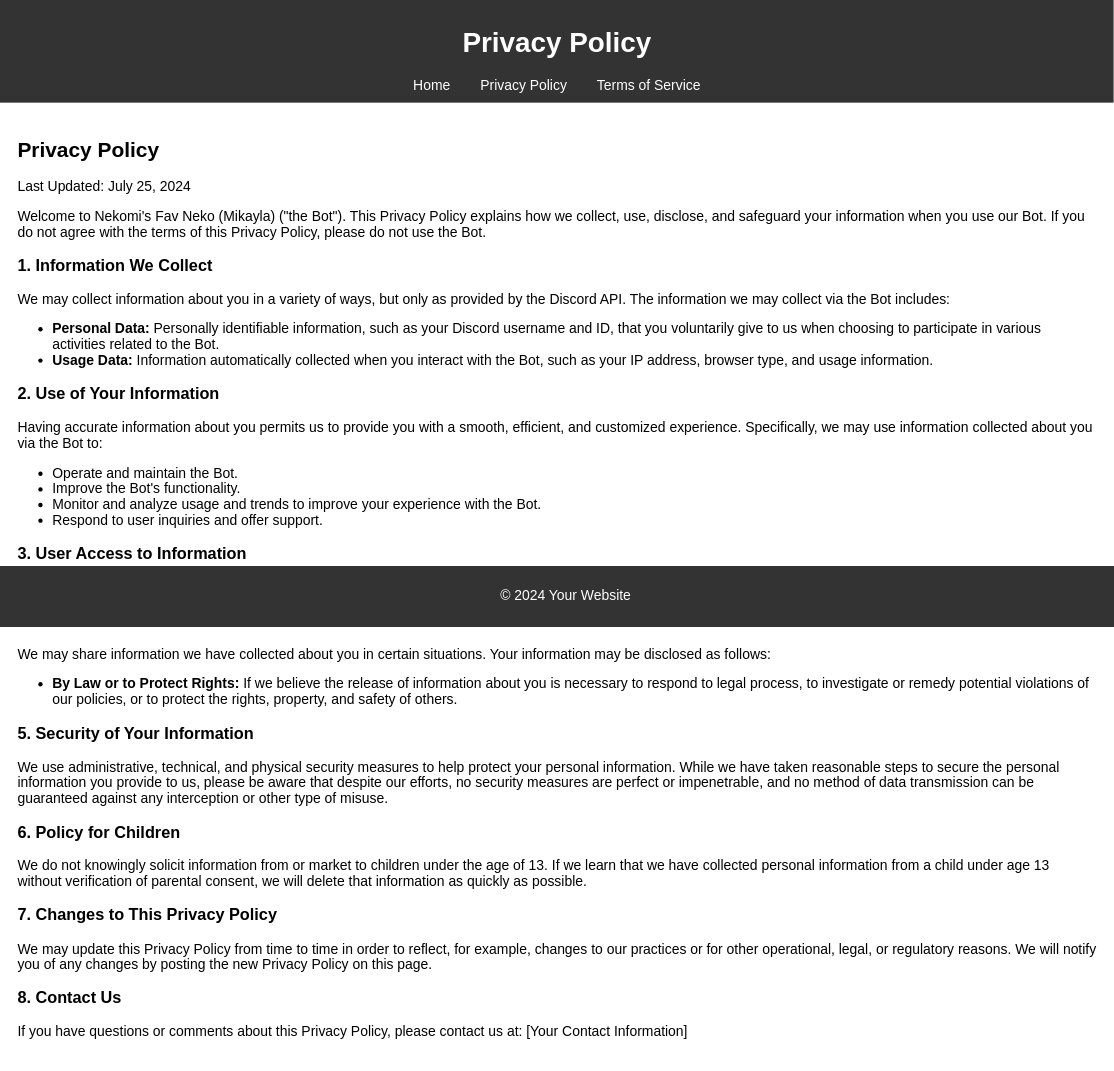
Repository: paypay-komi/mikaylas-site
Page: privacy-policy.html
An editor plug-in stored every save of this project. The page is shown before and after the next save, followed by the edit.
The browser window is 1280 px wide. The pictures show the whole page, at 87% of full size.

Above is the page before, as saved 2024-07-26 00:04:30.

### privacy-policy.html
<!DOCTYPE html>
<html lang="en">
<head>
    <meta charset="UTF-8">
    <meta name="viewport" content="width=device-width, initial-scale=1.0">
    <title>Privacy Policy</title>
    <link rel="stylesheet" href="styles.css">
</head>
<body>
    <header>
        <h1>Privacy Policy</h1>
        <nav>
            <a href="index.html">Home</a>
            <a href="privacy-policy.html">Privacy Policy</a>
            <a href="terms-of-service.html">Terms of Service</a>
        </nav>
    </header>
    <main>
        <h2>Privacy Policy</h2>
        <p>Last Updated: July 25, 2024</p>

        <p>Welcome to Nekomi's Fav Neko (Mikayla) ("the Bot"). This Privacy Policy explains how we collect, use, disclose, and safeguard your information when you use our Bot. If you do not agree with the terms of this Privacy Policy, please do not use the Bot.</p>

        <h3>1. Information We Collect</h3>
        <p>We may collect information about you in a variety of ways, but only as provided by the Discord API. The information we may collect via the Bot includes:</p>
        <ul>
            <li><strong>Personal Data:</strong> Personally identifiable information, such as your Discord username and ID, that you voluntarily give to us when choosing to participate in various activities related to the Bot.</li>
            <li><strong>Usage Data:</strong> Information automatically collected when you interact with the Bot, such as your IP address, browser type, and usage information.</li>
        </ul>

        <h3>2. Use of Your Information</h3>
        <p>Having accurate information about you permits us to provide you with a smooth, efficient, and customized experience. Specifically, we may use information collected about you via the Bot to:</p>
        <ul>
            <li>Operate and maintain the Bot.</li>
            <li>Improve the Bot's functionality.</li>
            <li>Monitor and analyze usage and trends to improve your experience with the Bot.</li>
            <li>Respond to user inquiries and offer support.</li>
        </ul>

        <h3>3. User Access to Information</h3>
        <p>You can see all the data stored by the Bot using the <code>m.senddata</code> command. If the Bot leaves your guild, all your data is deleted.</p>

        <h3>4. Disclosure of Your Information</h3>
        <p>We may share information we have collected about you in certain situations. Your information may be disclosed as follows:</p>
        <ul>
            <li><strong>By Law or to Protect Rights:</strong> If we believe the release of information about you is necessary to respond to legal process, to investigate or remedy potential violations of our policies, or to protect the rights, property, and safety of others.</li>
        </ul>

        <h3>5. Security of Your Information</h3>
        <p>We use administrative, technical, and physical security measures to help protect your personal information. While we have taken reasonable steps to secure the personal information you provide to us, please be aware that despite our efforts, no security measures are perfect or impenetrable, and no method of data transmission can be guaranteed against any interception or other type of misuse.</p>

        <h3>6. Policy for Children</h3>
        <p>We do not knowingly solicit information from or market to children under the age of 13. If we learn that we have collected personal information from a child under age 13 without verification of parental consent, we will delete that information as quickly as possible.</p>

        <h3>7. Changes to This Privacy Policy</h3>
        <p>We may update this Privacy Policy from time to time in order to reflect, for example, changes to our practices or for other operational, legal, or regulatory reasons. We will notify you of any changes by posting the new Privacy Policy on this page.</p>

        <h3>8. Contact Us</h3>
        <p>If you have questions or comments about this Privacy Policy, please contact us at: [Your Contact Information]</p>

    </main>
    <footer>
        <p>&copy; 2024 Your Website</p>
    </footer>
</body>
</html>

### styles.css
body {
    font-family: Arial, sans-serif;
    margin: 0;
    padding: 0;
}

header {
    background-color: #333;
    color: #fff;
    padding: 10px;
    text-align: center;
}

nav a {
    color: #fff;
    margin: 0 15px;
    text-decoration: none;
}

main {
    padding: 20px;
}

footer {
    background-color: #333;
    color: #fff;
    text-align: center;
    padding: 10px;
    position: fixed;
    bottom: 0;
    width: 100%;
}

After the next save:
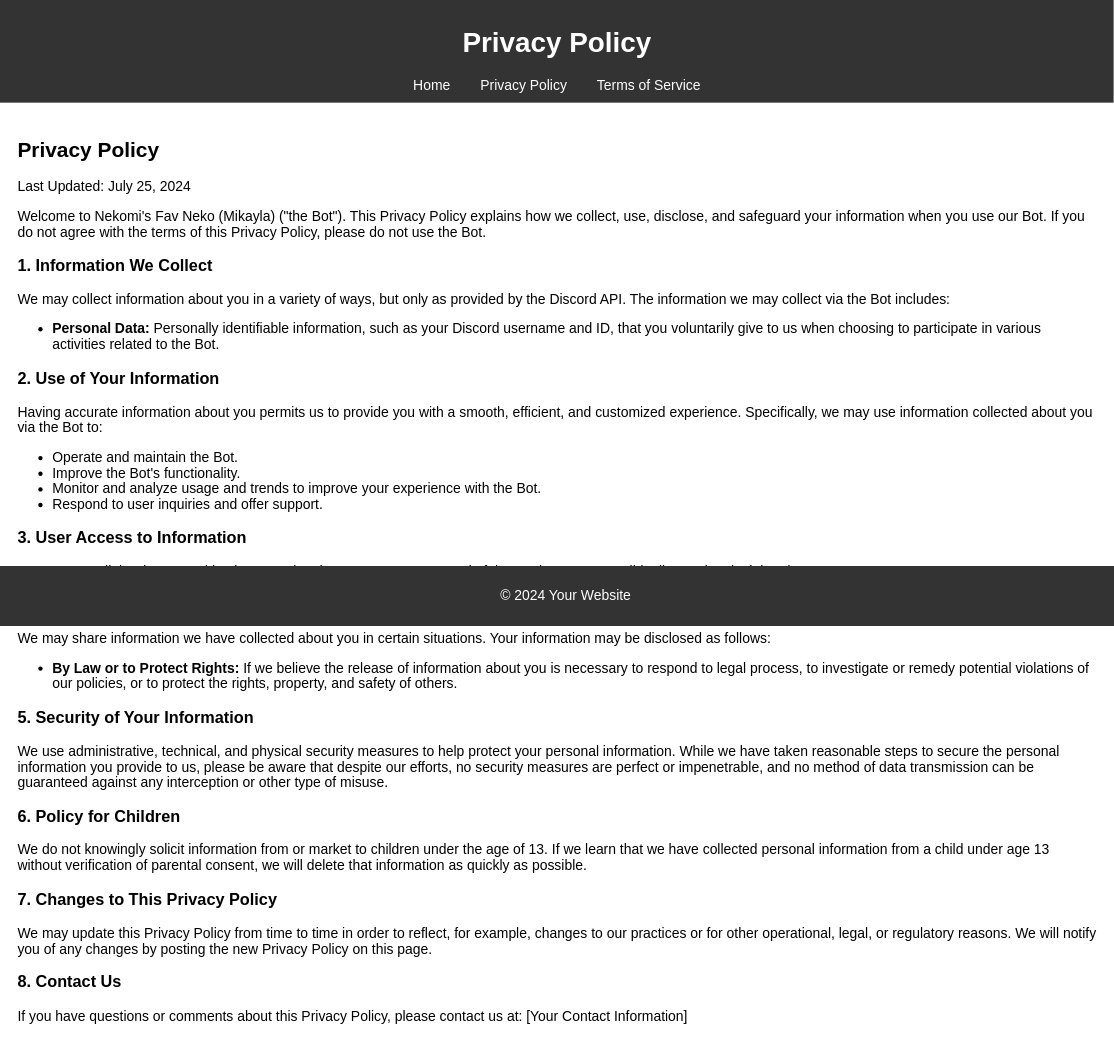
Saved 24 s later.
--- a/privacy-policy.html
+++ b/privacy-policy.html
@@ -25,7 +25,6 @@
         <p>We may collect information about you in a variety of ways, but only as provided by the Discord API. The information we may collect via the Bot includes:</p>
         <ul>
             <li><strong>Personal Data:</strong> Personally identifiable information, such as your Discord username and ID, that you voluntarily give to us when choosing to participate in various activities related to the Bot.</li>
-            <li><strong>Usage Data:</strong> Information automatically collected when you interact with the Bot, such as your IP address, browser type, and usage information.</li>
         </ul>
 
         <h3>2. Use of Your Information</h3>
